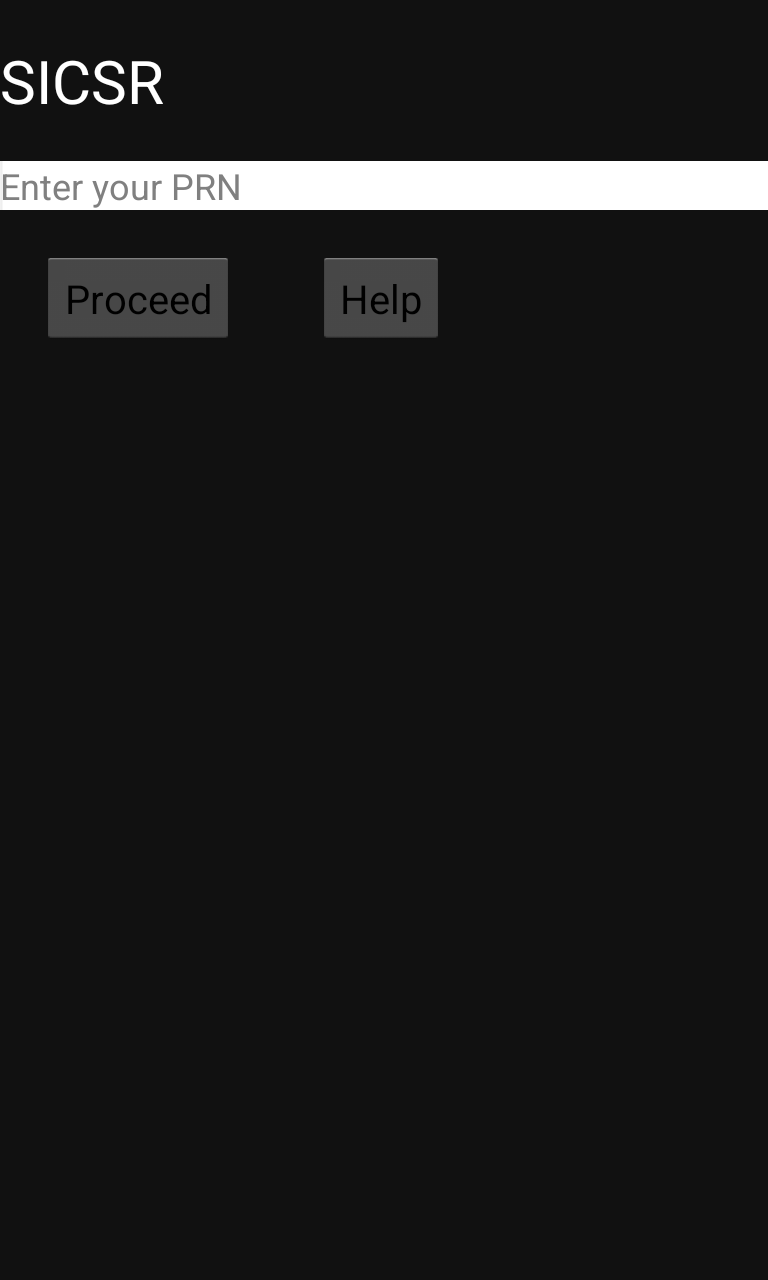
Repository: 12030121030/eventhandling
Layout: layout/res/layout/sicsr.xml
An editor plug-in stored every save of this project. The layout is shown before and after the next save, followed by the edit.
It is drawn on a 768 x 1280 px phone screen (xhdpi) without system bars, with theme AppTheme; the app's code is not run.

Above is the layout before, as saved 2014-12-08 05:36:59.

After the next save:
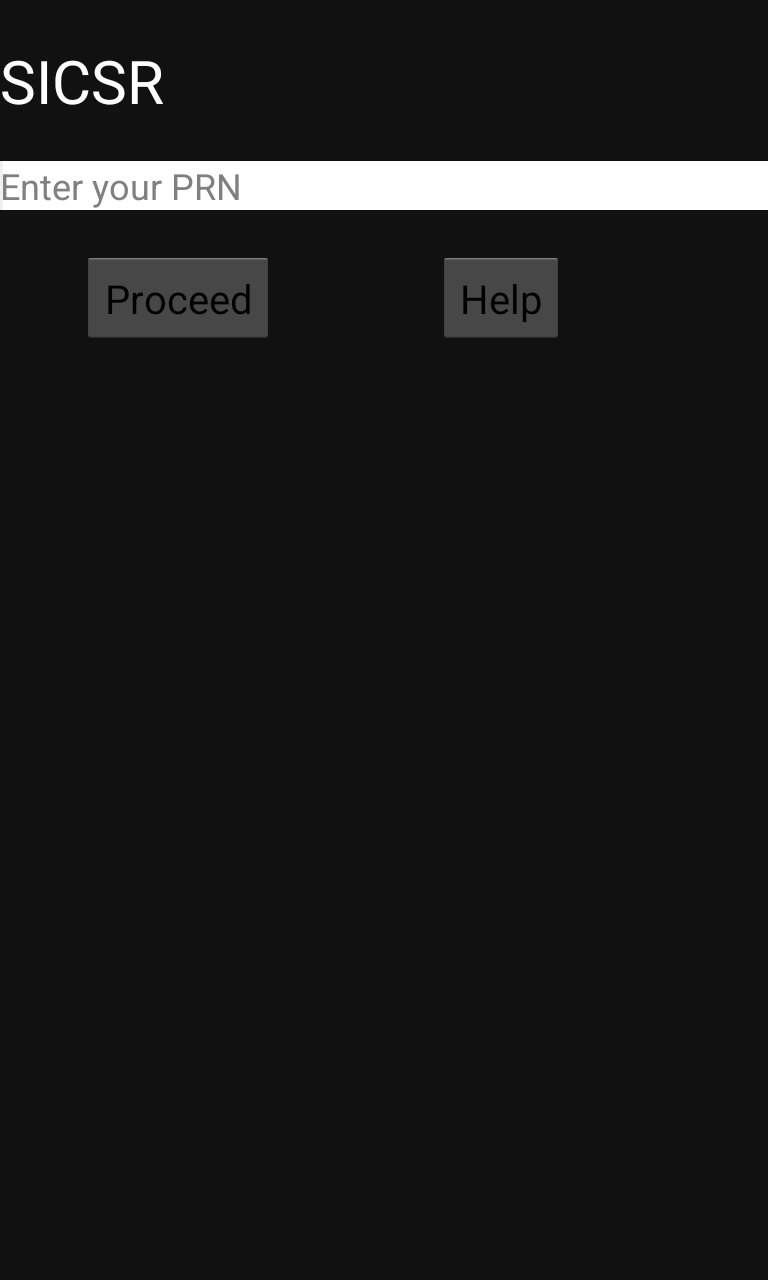
Saved 24 s later.
--- a/layout/res/layout/sicsr.xml
+++ b/layout/res/layout/sicsr.xml
@@ -39,7 +39,7 @@
         android:text="Proceed"
          android:textSize="20sp"
          android:layout_margin="20dp"
-        android:gravity="center" />
+        android:layout_gravity="center" />
 
     <Button
         android:id="@+id/button2"
@@ -48,7 +48,7 @@
         android:text="Help"
         android:layout_margin="20dp"
          android:textSize="20sp"
-        android:gravity="center"
+        android:layout_gravity="center"
         />
     </TableRow>
 </TableLayout>
